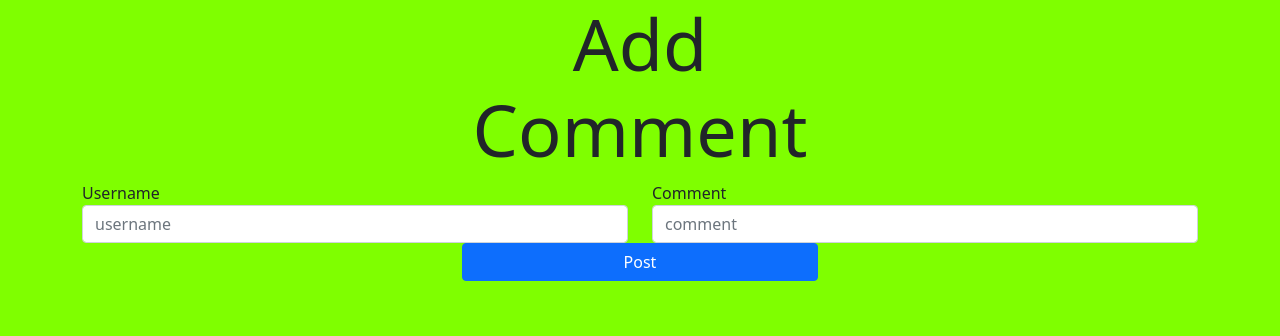
Repository: uditjain100/JavaScript-for-Web
Page: http://localhost/comment/create
An editor plug-in stored every save of this project. The page is shown before and after the next save, followed by the edit.
The browser window is 1280 px wide. The pictures show the whole page.
The page is served by the project's Node server (17.REST/index.js).

Above is the page before, as saved 2021-01-29 17:58:11.

### 17.REST/views/create.ejs
<!DOCTYPE html>
<html lang="en">
  <head>
    <meta charset="UTF-8" />
    <meta name="viewport" content="width=device-width, initial-scale=1.0" />
    <title>Add Comment</title>
    <link
      href="https://cdn.jsdelivr.net/npm/bootstrap@5.0.0-beta1/dist/css/bootstrap.min.css"
      rel="stylesheet"
      integrity="sha384-giJF6kkoqNQ00vy+HMDP7azOuL0xtbfIcaT9wjKHr8RbDVddVHyTfAAsrekwKmP1"
      crossorigin="anonymous"
    />
  </head>
  <body style="background-color: chartreuse">
    <div class="container">
      <h2 class="display-2 d-grid col-5 mx-auto" style="text-align: center">
        Add Comment
      </h2>
      <form action="/comments" method="POST">
        <div class="row">
          <div class="form-group col-6">
            <label for="username">Username</label>
            <input
              type="text"
              id="username"
              class="form-control"
              placeholder="username"
              name="username"
            />
          </div>
          <div class="form-group col-6">
            <label for="comment">Comment</label>
            <input
              type="text"
              id="comment"
              placeholder="comment"
              class="form-control"
              name="comment"
            />
          </div>
          <div class="d-grid col-4 mx-auto">
            <button class="btn btn-primary">Post</button>
          </div>
        </div>
      </form>
    </div>
  </body>
</html>

### 17.REST/index.js
const express = require("express");
const app = express();
const path = require("path");

var comments = [
  { id: 1, username: "toddd", comment: "hey there" },
  { id: 2, username: "nime", comment: "Life is Good" },
  { id: 3, username: "bob", comment: "Yummmmmmy" },
  { id: 4, username: "jessi", comment: "Yooo Man" },
];

app.use(express.urlencoded({ extended: true }));
app.use(express.json());
app.set("views", path.join(__dirname, "views"));
app.set("view engine", "ejs");

app.get("/comments", (req, res) => {
  res.render("home.ejs", { comments });
});

app.get("/comment/create", (req, res) => {
  res.render("create.ejs");
});

app.get("/tacos", (req, res) => {
  res.send("GET /tacos response");
});

app.post("/tacos", (req, res) => {
  const { author, post } = req.body;
  console.log(req.body);
  res.send("Post : " + post + "  and   author : " + author);
});

app.listen(3000, () => {
  console.log("Server got Started !!");
});

After the next save:
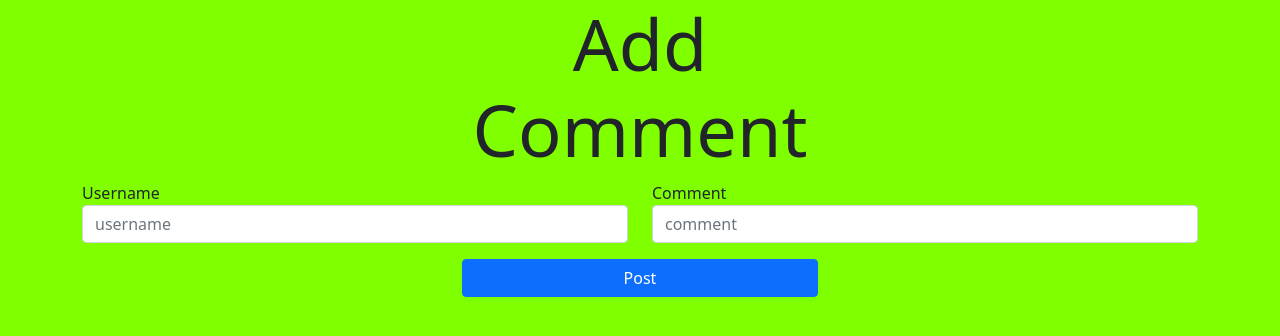
Saved 18 s later.
--- a/17.REST/views/create.ejs
+++ b/17.REST/views/create.ejs
@@ -38,7 +38,7 @@
               name="comment"
             />
           </div>
-          <div class="d-grid col-4 mx-auto">
+          <div class="d-grid col-4 mx-auto mt-3">
             <button class="btn btn-primary">Post</button>
           </div>
         </div>
